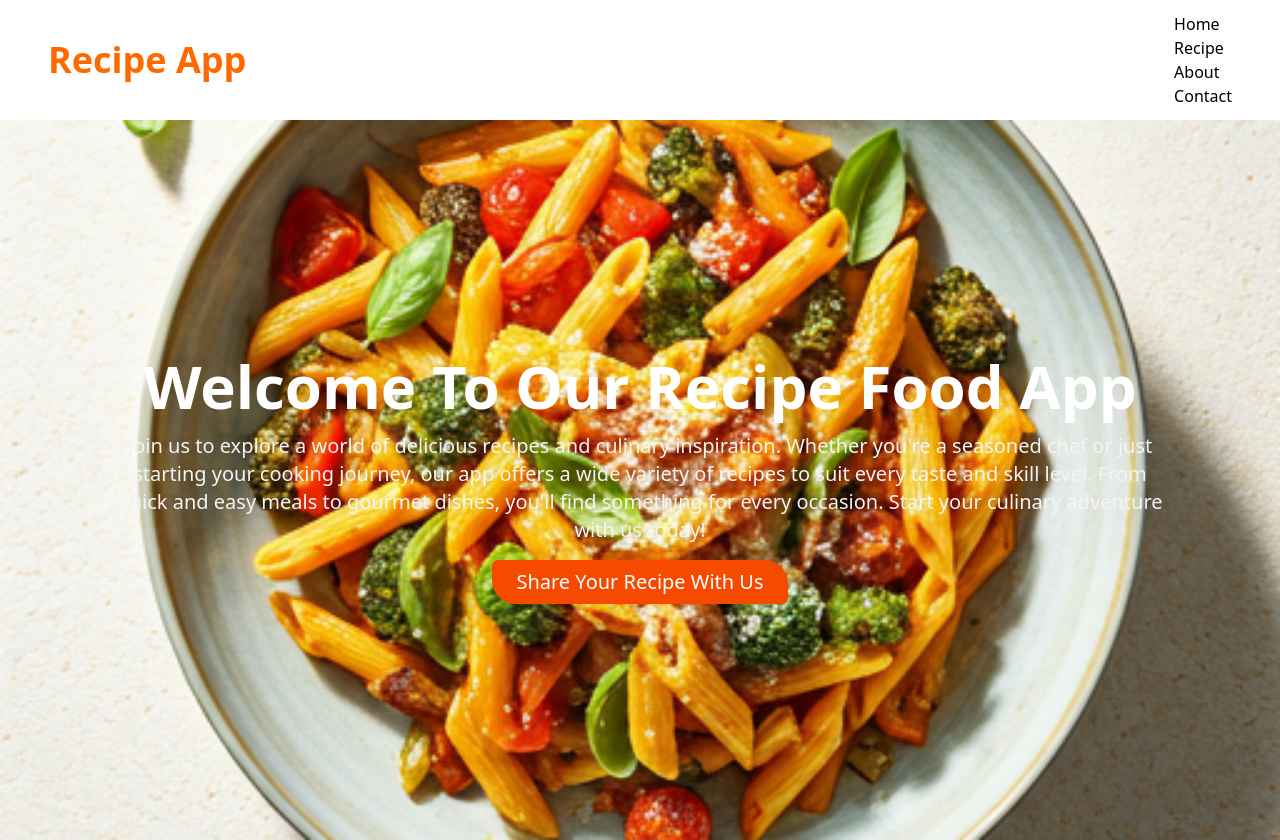
Repository: Eslam0Mohamed/mern-recipe-app
Page: / (app in FrontEnd/)
An editor plug-in stored every save of this project. The page is shown before and after a run of saves, followed by the edit.
The browser window is 1280 px wide. The pictures show the whole page.
The project was rebuilt for these pictures with package versions that can differ from the ones it lists, and the page was loaded fresh each time. Also part of the build but not shown: FrontEnd/vite.config.js.

Above is the page before, as saved 2026-05-07 18:39:19.

### FrontEnd/src/index.css
@import "tailwindcss";
  .container{
    @apply mx-auto w-10/12
}
@theme{
  --color-tertiary:"#F9F7F2"
}

### FrontEnd/src/App.jsx
import React from 'react'
import Home from './pages/Home'
import { createBrowserRouter, RouterProvider } from 'react-router-dom'
import Layout from './components/Layout'

const App = () => {
  const router = createBrowserRouter([
    { path: '/', element: <Layout />,children:[
      {path:"/",element:<Home/>}
    ]  },
    // { path: '/', element: <Contact />  },
    // { path: '/', element: <Home />  }
  ])
  return (
    <main>
      <RouterProvider router={router} />
    </main>
  )
}

export default App

### FrontEnd/src/pages/Home.jsx
import React from 'react'
import backgroundImage from "../assets/bg_1.png"
function Home() {
  return (
    <section style={{backgroundImage:`url(${backgroundImage})`,}} className={`bg-cover bg-tertiary h-screen bg-center flex items-center justify-center `}>
      <div className='left container flex flex-col gap-4 text-center justify-center items-center' >
        <h1 className='text-white text-6xl font-semibold'>Welcome To Our Recipe Food App</h1>
        <p className='text-md text-gray-100 font-medium text-xl'> Join us to explore a world of delicious recipes and culinary inspiration. Whether you're a seasoned chef or just starting your cooking journey, our app offers a wide variety of recipes to suit every taste and skill level. From quick and easy meals to gourmet dishes, you'll find something for every occasion. Start your culinary adventure with us today!</p>
      <button className='w-fit outline-none px-6 py-2  text-xl rounded-bl-3xl rounded-tr-3xl  cursor-pointer bg-orange-600 text-white transition-colors duration-300 rounded-md hover:bg-orange-700 hover:scale-105 '>Share Your Recipe With Us</button>
      </div>
      {/* <div className='right'>
        <img src={""} alt="share your recipe" />
      </div> */}
      <div></div>
    </section>
  )
}

export default Home

### FrontEnd/src/components/Layout.jsx
import React from 'react'
import Navbar from './Navbar'
import { Outlet } from 'react-router-dom'

const Layout = () => {
  return (
    <div>
      <Navbar/>
      <Outlet/>
    </div>
  )
}

export default Layout

### FrontEnd/src/components/Navbar.jsx
import React from 'react'

const Navbar = () => {
    return (
        <header>
            <nav className='px-12 py-3 flex justify-between items-center '>
                <div className="logo text-4xl text-orange-500 font-extrabold ">
                    Recipe App
                </div>
                <ul>
                    <li><a href="">Home</a></li>
                    <li><a href="">Recipe</a></li>
                    <li><a href="">About</a></li>
                    <li><a href="">Contact</a></li>
                </ul>
            </nav>

        </header>
    )
}

export default Navbar

Loaded but not shown: FrontEnd/src/main.jsx (common file)

After the next 7 saves:
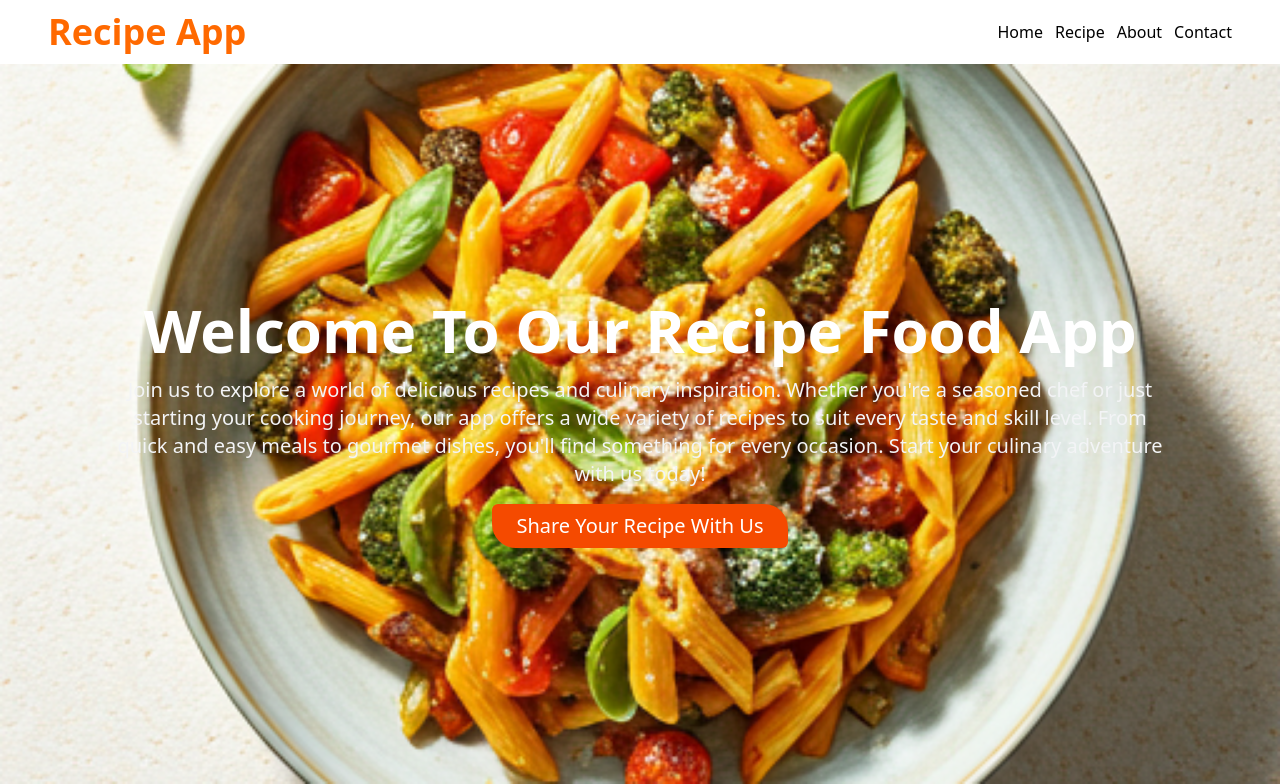
The 7 saves are shown as one change because they came seconds apart.
The last was saved 21 s later.
--- a/FrontEnd/src/components/Navbar.jsx
+++ b/FrontEnd/src/components/Navbar.jsx
@@ -7,7 +7,7 @@ const Navbar = () => {
                 <div className="logo text-4xl text-orange-500 font-extrabold ">
                     Recipe App
                 </div>
-                <ul>
+                <ul className='flex items-center gap-3'>
                     <li><a href="">Home</a></li>
                     <li><a href="">Recipe</a></li>
                     <li><a href="">About</a></li>
